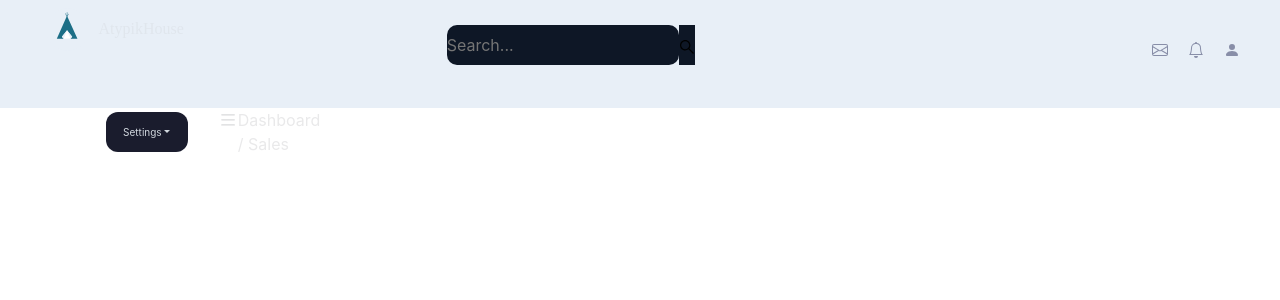
Repository: kifack/API-Symfony-AtypikHouse
Page: / (app in admin-frontend/)
These files come from the project's save history. The page is drawn as it stood at one moment and after the next save; the edit follows.
The browser window is 1280 px wide. The pictures show the whole page.
Some web libraries are served in a nearby version. The project was rebuilt for these pictures with package versions that can differ from the ones it lists, and the page was loaded fresh each time. Also part of the build but not shown: admin-frontend/src/css/Responsive.css, admin-frontend/src/css/admin/navbar.css, admin-frontend/src/components/template_parts/Header.js, admin-frontend/src/components/template_parts/Footer.js, admin-frontend/src/components/template_parts/Sidebar.js, admin-frontend/src/components/partials/LocationEntry.js, admin-frontend/src/components/template_parts/Spinner.js, admin-frontend/src/actions/location.js and 26 more.

Above is the page before, as saved 2020-10-01 19:13:14.

### admin-frontend/public/index.html
<!DOCTYPE html>
<html lang="en">
  <head>
    <meta charset="utf-8" />
    <link rel="icon" href="%PUBLIC_URL%/atypikhouse.ico" />
    <meta name="viewport" content="width=device-width, initial-scale=1" />
    <meta name="theme-color" content="#000000" />
    <meta
      name="description"
      content="Web site created using create-react-app"
    />
    <link
      rel="stylesheet"
      href="https://use.fontawesome.com/releases/v5.8.1/css/all.css"
      integrity="sha384-50oBUHEmvpQ+1lW4y57PTFmhCaXp0ML5d60M1M7uH2+nqUivzIebhndOJK28anvf"
      crossorigin="anonymous"
    />
    <!--
      manifest.json provides metadata used when your web app is installed on a
      user's mobile device or desktop. See https://developers.google.com/web/fundamentals/web-app-manifest/
    -->
    <!-- <link rel="manifest" href="%PUBLIC_URL%/manifest.json" /> -->
    <!--
      Notice the use of %PUBLIC_URL% in the tags above.
      It will be replaced with the URL of the `public` folder during the build.
      Only files inside the `public` folder can be referenced from the HTML.

      Unlike "/favicon.ico" or "favicon.ico", "%PUBLIC_URL%/favicon.ico" will
      work correctly both with client-side routing and a non-root public URL.
      Learn how to configure a non-root public URL by running `npm run build`.
    -->
    <script
      src="https://code.jquery.com/jquery-3.5.1.min.js"
      integrity="sha256-9/aliU8dGd2tb6OSsuzixeV4y/faTqgFtohetphbbj0="
      crossorigin="anonymous"
    ></script>
    <script src="https://stackpath.bootstrapcdn.com/bootstrap/4.5.2/js/bootstrap.min.js"></script>
    <script
      src="https://code.jquery.com/jquery-3.5.1.min.js"
      integrity="sha256-9/aliU8dGd2tb6OSsuzixeV4y/faTqgFtohetphbbj0="
      crossorigin="anonymous"
    ></script>

    <script src="https://stackpath.bootstrapcdn.com/bootstrap/4.5.2/js/bootstrap.min.js"></script>
    <title>AtypikHouse</title>
  </head>
  <body>
    <noscript>You need to enable JavaScript to run this app.</noscript>
    <div id="root"></div>
    <!--
      This HTML file is a template.
      If you open it directly in the browser, you will see an empty page.

      You can add webfonts, meta tags, or analytics to this file.
      The build step will place the bundled scripts into the <body> tag.

      To begin the development, run `npm start` or `yarn start`.
      To create a production bundle, use `npm run build` or `yarn build`.
    -->
  </body>
</html>

### admin-frontend/src/index.js
import React from 'react';
import ReactDOM from 'react-dom';
import App from './components/App';
import 'bootstrap/dist/css/bootstrap.min.css';
import { Provider } from 'react-redux';
import configureStore from './store/store';
import HeaderBack from './components/backend/HeaderBack';


const store = configureStore();
ReactDOM.render(
  <React.StrictMode>
    <Provider store={store}>
      <HeaderBack />
    </Provider>

  </React.StrictMode>,
  document.getElementById('root')
);

### admin-frontend/src/store/store.js
import { createStore, applyMiddleware } from "redux";
import { composeWithDevTools } from "redux-devtools-extension";
import thunk from "redux-thunk";
import rootReducer from "../reducers";

const configureStore = () => {
  const initialState = {};

  const middleware = [thunk];

  const store = createStore(
    rootReducer,
    initialState,
    composeWithDevTools(applyMiddleware(...middleware))
  );
  return store;
};

export default configureStore;

### admin-frontend/src/components/backend/HeaderBack.js
import React from "react";
import { Navbar, Nav, Image, Row, Container, Col } from "react-bootstrap";
import { BsBell, BsEnvelope, BsFillPersonFill, BsList } from "react-icons/bs";
import { FaSistrix } from "react-icons/fa";
import logo from './../../media/logonegatif.svg';


class HeaderBack extends React.Component{
    render(){
        return(

            <header>
            <Navbar>

                <div className="blue-sky menuhaut">
                <Container >
                <Row className="align-items-center">
                    <Col>
                        <Nav.Link><Image class="logo"src={logo}/><span class="titlesite">AtypikHouse</span></Nav.Link>
                    </Col>
                    <Col>
                        <form >

                        <input  type="text" placeholder="Search..." aria-label="Search"  />
                        <button type="submit" ><FaSistrix className="icons"/></button>
                        </form>
                    </Col>
                    <Col className="d-flex justify-content-end">
                        <Nav.Link><BsEnvelope className="icon-env"/></Nav.Link>
                        <Nav.Link><BsBell className="icon-bell"/></Nav.Link>
                        <Nav.Link><BsFillPersonFill className="icon-person"/></Nav.Link>
                    </Col>
                </Row >
                </Container>
                </div>

                    <div class="sous-header">
                    <Container>
                    <Row className="align-items-center">
                        <Col>
                        <button className="dropdown-toggle" type="button" id="setting">Settings</button>
                        </Col>

                        <Col className="d-flex justify-content-end">
                        <BsList class="icon-list"/>
                        <span className="titlelist"> Dashboard / Sales</span>
                        </Col>


                    </Row>
                    </Container>
                    </div>

            </Navbar>
         </header>


        )
    }

}

export default HeaderBack;

### admin-frontend/src/utils/setAuthToken.js
import api from "./api";

const setAuthToken = (token) => {
  if (token) {
    console.log("setting...");
    api.defaults.headers.common.authorization = "Bearer " + token;
    localStorage.setItem("token", token);
  } else {
    console.log("deleting...");
    delete api.defaults.headers.common["Authorization"];
    localStorage.removeItem("token");
  }
};

export default setAuthToken;

### admin-frontend/src/css/App.css
:root {
  --primaryColor: #1c6e86;
  --secondaryColor :#060818;
  --tierColor: #1e2020;
  --white: #ffffff;
}

* {
  margin: 0;
  padding: 0;
  box-sizing: border-box;
}

@font-face {
  font-family: "title-logo";
  src: url("./../polices/vagnotie.otf");
}
@font-face {
  font-family: "title-block";
  src: url("./../polices/Vogue.ttf");
}
@font-face {
  font-family: "title-secondaire";
  src: url("./../polices/ArcaMajora3-Bold.otf");
}
@font-face {
  font-family : "sans-serifSpe";
  src: url("./../polices/Myriad-Pro_31655.ttf");
}

.blue-sky {
  background-color: var(--secondaryColor);
}
body .blue-Marine {
  background-color: var(--primaryColor);
}

.titleBlock {
  font-family: "title-block";
  padding-top: 30px;
  font-size: 1.3rem;
  color: var(--tiercolor);
}
.titleConte{
  text-align: center;
}
.btnNb{
  padding: 10px 20px;
  text-decoration: none;
  border-radius: 20px;
  font-family: "title-secondaire";
  font-size: 1rem;
}
.secondaryNb {
  color: var(--secondaryColor);
}
.btnNb:hover {
  text-decoration: none;
  color: var(--primaryColor);
  background-color: var(--secondaryColor);
}
.conteneurBtn {
  padding-top: 20px;
}
img {
  width: 100%;
}


/*********************************************************** Header backend ************************************************************************************/











.icon-list{

 color: #d9dadc;
 width: 30px;
 height: 25px;

}


.fond{
 background: #1a1c2d;
}

/* ################################# Header ###########################*/
header .navbar{
  padding: 0;
  margin: 0;
  display: block;
}

header .menuhaut{
  height: 15vh;
  padding: 0;
  margin: 0;
}
header .menuhaut .col:first-child{
  width: 30%;
  height: 15vh;

}
header .menuhaut .col:nth-child(2){
  width: 30%;
  height: 8vh;

}
header .menuhaut .col:nth-child(3){
  width: 30%;
  height: 5vh;

}
header .menuhaut .col:nth-child(3) .nav-link{
  padding-left: 10px;
  padding-right: 10px;
  padding-top: 0px;
  padding-bottom: 10px;

}

header .menuhaut .row{
  width: 100%;
  height: 15vh;
  margin: 0;
  padding: 0;

}
header .menuhaut .container{
  max-width: 100% ;
  margin: 0;

}

header .container img {
  width: 12%;
  margin-right: 10px;

}

.titlesite, .logo{

  color: #e0e6ed;
  width: 30px;
  font-family: "title-secondair";
  font-size: 1.0rem;
}

.icon-env, .icon-bell, .icon-person {
  color: #888ea8;
}


header .sousheader{
  height: 15vh;
  padding: 0;
  margin: 0;
  background-color: red;
}



input{
  background-color: #0e1726;
  border: 0px;
  border-radius: 10px;
  height: 40px;
  width: 60%;
}

button{
  background-color: #0e1726;
  border: 0px;
  border-radius: 10px;
  height: 40px;
}


button#setting {
  background-color: #1a1c2d;
  color: #d2d8df;
  font-size: 10px;
  float: right;
  width: 80%;
  border-radius: 12px;

  }

  .titlelist{
    color: #e9e9ea;
   }

### admin-frontend/src/reducers/index.js
import { combineReducers } from "redux";
import auth from "./auth";
import location from "./location";
import user from "./user";
import comment from "./comment";
import destination from "./destination";
import category from "./category";
import thematic from "./thematic";
import field from "./field";

export default combineReducers({
  auth,
  location,
  user,
  comment,
  destination,
  category,
  thematic,
  field,
});

### admin-frontend/src/utils/api.js
import axios from "axios";
import store from "../store/store";
import { LOGOUT } from "../actions/types";

const api = axios.create({
  baseURL: "http://localhost:8000/api/v01",
  // baseURL: "http://api.f2i-dev2-ami-bc-akb-vyk.fr/api/v01",
  headers: {
    "Content-Type": "application/json",
    Accept: "application/json",
  },
});

const { dispatch } = store;

export default api;

### admin-frontend/src/css/sidebar.css
:root {
  --primaryColor: #0090d9;
  --secondaryColor: #e8f1f8;
  --tierColor: #1e2020;
  --white: #ffffff;
}

.sidebar {
  width: 240px;
  min-height: 100vh;
  transition: 0.4s;
  transition-property: width;
  background-color: #fff;

  /* background-image: linear-gradient(180deg, #4e73df 10%, #224abe 100%); */
  /* overflow-y: auto; */
}

.sidebar ul {
  /* color: var(--primaryColor); */
  height: 100%;
  width: 100%;
  list-style: none;
}
.sidebar .menu li {
  line-height: 60px;
  border-bottom: 1px solid #bdb8d7;
  border-bottom: 1px solid rgba(0, 0, 0, 0.05);
  border-top: 1px solid rgba(255, 255, 255, 0.05);
}
.sidebar .menu li:last-child {
  border-bottom: 1px solid rgba(255, 255, 255, 0.05);
}
.sidebar .menu li a {
  position: relative;
  text-decoration: none;
  color: #6c757d;
  font-size: 16px;
  padding-left: 20px;
  font-weight: 500;
  display: block;
  width: 100%;
  border-left: 3px solid transparent;
}
.sidebar .menu li a > i {
  color: var(--primaryColor);
  padding-right: 8px;
}
.sidebar .menu li.active a {
  color: #fff;
  background: #4e73df;
  /* border-left-color: #000; */
}
.sidebar .menu li a:hover {
  /* background-color: #4e73df; */
  opacity: 0.9;
  color: var(--primaryColor);
}
.sidebar .menu ul {
  position: static;
  display: none;
  background-color: #fff;
}

.sidebar .menu ul li {
  line-height: 50px;
  border-top: none;
  color: var(--primaryColor);
}

.sidebar ul li a .item {
  /* margin-left: 15px; */
  transition: 0.4s;
  transition-property: display;
}
.sidebar .menu ul li a {
  font-size: 15px;
  color: #6c757d;
  padding-left: 50px;
}
.sidebar .menu li.active ul li a {
  color: #e6e6e6;
  background: #1b1b1b;
  border-left-color: transparent;
}
.sidebar .menu ul li a:hover {
  border-left-color: var(--primaryColor);
  border-left-width: 5px;
}
.sidebar li a .caret-menu {
  position: absolute;
  top: 50%;
  right: 20px;
  transform: translateY(-50%);
  font-size: 18px;
  transition: transform 0.7s;
}
.sidebar li a span.rotate {
  transform: translateY(-50%) rotate(-180deg);
}

.wrapper.collapse-sidebar .sidebar {
  width: 70px;
}

.wrapper.collapse-sidebar .main_content {
  width: calc(100% - 70px);
}

.wrapper.collapse-sidebar .sidebar .item,
.submenu,
.wrapper.collapse-sidebar .sidebar .submenu li {
  display: none;
}

### admin-frontend/src/css/card.css
/* Navigation tabs */
:root {
  --primaryColor: #0090d9;
  --secondaryColor: #e8eff7;
  --tierColor: #1e2020;
  --white: #ffffff;
}
.tabs {
  /* width: 730px; */
  height: 100vh;
  overflow: hidden;
  border-radius: 5px;
  box-shadow: 5px 10px 5px #ccc;
  border: 1px solid #eee;
  margin-right: 10px;
}
.tabs .tab-header {
  /* height: 40px; */
  display: flex;
  align-items: center;
  width: 100%;
  padding: 15px;
  /* border: 1px solid #eee; */
}

.tabs .tab-header > div {
  width: calc(100% / 2);
  text-align: center;
  color: #888;
  font-weight: 600;
  cursor: pointer;
  font-size: 14px;
  text-transform: uppercase;
  outline: none;
}
/* .tabs .tab-header > div > i {
  display: block;
  margin-bottom: 5px;
} */
.tabs .tab-header > div.active {
  color: var(--primaryColor);
}
.tabs .tab-indicator {
  position: relative;
  width: calc(100% / 2);
  height: 5px;
  background: var(--primaryColor);
  left: 0px;
  border-radius: 5px;
  transition: all 500ms ease-in-out;
}
.tabs .tab-body {
  position: relative;
  height: calc(100% - 60px);
  padding: 10px 5px;
}
.tabs .tab-body > div {
  padding: 20px;
  position: absolute;
  width: 100%;
  top: -200%;
  opacity: 0;
  transform: scale(0.9);
  transition: opacity 500ms ease-in-out 0ms, transform 500ms ease-in-out 0ms;
}
.tabs .tab-body > div.active {
  top: 0px;
  opacity: 1;
  transform: scale(1);
}

/* Display location  */
.img-container {
  position: relative;
}
/* Next & previous buttons */
.prev,
.next {
  cursor: pointer;
  position: absolute;
  text-decoration: none !important;
  top: 50%;
  width: auto;
  margin-top: -22px;
  padding: 16px;
  color: white !important;
  font-weight: bold;
  font-size: 18px;
  transition: 0.6s ease;
  border-radius: 0 3px 3px 0;
  user-select: none;
}

/* Position the "next button" to the right */
.next {
  right: 0;
  border-radius: 3px 0 0 3px;
}
.prev {
  left: 0;
}

/* On hover, add a black background color with a little bit see-through */
.prev:hover,
.next:hover {
  background-color: rgba(0, 0, 0, 0.8);
}
/* Fading animation */
.custom-fade {
  -webkit-animation-name: fade;
  -webkit-animation-duration: 1.5s;
  animation-name: fade;
  animation-duration: 1.5s;
}

@-webkit-keyframes fade {
  from {
    opacity: 0.4;
  }
  to {
    opacity: 1;
  }
}

@keyframes fade {
  from {
    opacity: 0.4;
  }
  to {
    opacity: 1;
  }
}

### admin-frontend/src/reducers/auth.js
import {
  LOAD_USER_REQUEST,
  USER_LOADED,
  AUTH_ERROR,
  LOGIN_REQUEST,
  LOGIN_SUCCESS,
  LOGIN_FAIL,
  LOGOUT,
} from "../actions/types";
import setAuthToken from "../utils/setAuthToken";

const initialState = {
  token: localStorage.getItem("token"),
  isAuthenticated: false,
  loading: false,
  user: null,
  isLogining: false,
  error: null,
};

export default function (state = initialState, action) {
  const { type, payload } = action;

  switch (type) {
    case LOAD_USER_REQUEST:
      return {
        ...state,
        loading: true,
      };
    case USER_LOADED:
      if (payload.roles.indexOf("ROLE_ADMIN") >= 0) {
        return {
          ...state,
          isAuthenticated: true,
          loading: false,
          user: payload,
        };
      } else {
        return {
          ...state,
          isAuthenticated: false,
          loading: false,
          error: "Vous n'avez pas des droits d'accés",
        };
      }
    case LOGIN_REQUEST:
      return {
        ...state,
        isLogining: true,
      };
    case LOGIN_SUCCESS:
      if (payload.user.roles.indexOf("ROLE_ADMIN") >= 0) {
        localStorage.setItem("token", payload.token);
        setAuthToken(payload.token);
        return {
          ...state,
          isAuthenticated: true,
          isLogining: false,
          user: payload.user,
        };
      } else {
        return {
          ...state,
          isAuthenticated: false,
          isLogining: false,
          error: "Vous n'avez pas des droits d'accéss",
        };
      }

    case AUTH_ERROR:
    case LOGOUT:
      console.log("logout");
      localStorage.removeItem("token");
      return {
        ...state,
        token: null,
        isAuthenticated: false,
        loading: false,
        user: null,
        error: payload,
      };

    case LOGIN_FAIL:
      return {
        ...state,
        isLogining: false,
        error: payload.message,
      };

    default:
      return state;
  }
}

### admin-frontend/src/reducers/location.js
import {
  LOAD_LOCATIONS,
  LOAD_LOCATIONS_SUCCESS,
  LOAD_LOCATIONS_ERROR,
  VALIDATE_LOCATION,
  VALIDATE_LOCATION_ERROR,
  DEACTIVATE_LOCATION,
  DEACTIVATE_LOCATION_ERROR,
  LOAD_LOCATION,
  LOAD_LOCATION_SUCCESS,
  LOAD_LOCATION_ERROR,
} from "../actions/types";

const initialState = {
  locations: [],
  location: null,
  loading: false,
  loadingLocation: true,
};

export default function (state = initialState, action) {
  const { type, payload } = action;
  let index, locations;

  switch (type) {
    case LOAD_LOCATIONS:
      return {
        ...state,
        loading: true,
      };
    case LOAD_LOCATIONS_SUCCESS:
      return {
        ...state,
        locations: payload,
        loading: false,
      };

    case LOAD_LOCATION:
      return {
        ...state,
        loadingLocation: true,
        location: null,
      };
    case LOAD_LOCATION_SUCCESS:
      return {
        ...state,
        location: payload,
        loadingLocation: false,
      };
    case VALIDATE_LOCATION:
      index = state.locations.findIndex((item) => item.id === payload);
      locations = state.locations;
      locations[index].status = 1;

      return {
        ...state,
        locations: [...locations],
        loading: false,
      };
    case DEACTIVATE_LOCATION:
      index = state.locations.findIndex((item) => item.id === payload);
      locations = state.locations;
      locations[index].status = 2;

      return {
        ...state,
        locations: [...locations],
        loading: false,
      };

    default:
      return state;
  }
}

### admin-frontend/src/reducers/user.js
import {
  LOAD_USERS,
  LOAD_USERS_ERROR,
  LOAD_USERS_SUCCESS,
  LOAD_USER,
  LOAD_USER_SUCCESS,
  LOAD_USER_ERROR,
  TOGGLE_SIDEBAR,
  ACTIVATE_USER,
  ACTIVATE_USER_ERROR,
  DEACTIVATE_USER,
  DEACTIVATE_USER_ERROR,
} from "../actions/types";

const initialState = {
  users: [],
  user: null,
  loading: false,
  loadingUser: true,
  showSidebar: true,
};

export default function (state = initialState, action) {
  const { type, payload } = action;
  let index, users;

  switch (type) {
    case LOAD_USERS:
      return {
        ...state,
        loading: true,
      };
    case LOAD_USERS_SUCCESS:
      return {
        ...state,
        users: payload,
        loading: false,
      };

    case LOAD_USER:
      return {
        ...state,
        user: null,
        loadingUser: true,
      };
    case LOAD_USER_SUCCESS:
      return {
        ...state,
        user: payload,
        loadingUser: false,
      };
    case ACTIVATE_USER:
      index = state.users.findIndex((item) => item.id === payload);
      users = state.users;
      users[index].status = 1;

      return {
        ...state,
        users: [...users],
        loading: false,
      };
    case DEACTIVATE_USER:
      index = state.users.findIndex((item) => item.id === payload);
      users = state.users;
      users[index].status = 0;

      return {
        ...state,
        users: [...users],
        loading: false,
      };

    case TOGGLE_SIDEBAR:
      return {
        ...state,
        showSidebar: !state.showSidebar,
      };

    default:
      return state;
  }
}

### admin-frontend/src/reducers/comment.js
import {
  LOAD_COMMENTS,
  LOAD_COMMENTS_SUCCESS,
  LOAD_COMMENTS_ERROR,
  DELETE_COMMENT,
  DELETE_COMMENT_ERROR,
} from "../actions/types";

const initialState = {
  comments: [],
  loading: false,
};

export default function (state = initialState, action) {
  const { type, payload } = action;

  switch (type) {
    case LOAD_COMMENTS:
      return {
        ...state,
        loading: true,
      };

    case LOAD_COMMENTS_SUCCESS:
      return {
        ...state,
        comments: payload,
        loading: false,
      };
    case DELETE_COMMENT:
      let filteredComments = state.comments.filter(
        (item) => item.id !== payload
      );
      return {
        ...state,
        comments: [...filteredComments],
        loading: false,
      };

    default:
      return state;
  }
}

### admin-frontend/src/reducers/destination.js
import {
  LOAD_DESTINATIONS,
  LOAD_DESTINATIONS_SUCCESS,
  LOAD_DESTINATIONS_ERROR,
  ADD_DESTINATION,
  ADD_DESTINATION_ERROR,
} from "../actions/types";

const initialState = {
  destinations: [],
  loading: false,
};

export default function (state = initialState, action) {
  const { type, payload } = action;

  switch (type) {
    case ADD_DESTINATION:
      return {
        ...state,
        destinations: [...state.destinations, payload],
        loading: false,
      };
    case LOAD_DESTINATIONS:
      return {
        ...state,
        loading: true,
      };
    case LOAD_DESTINATIONS_SUCCESS:
      return {
        ...state,
        destinations: payload,
        loading: false,
      };

    default:
      return state;
  }
}

### admin-frontend/src/reducers/category.js
import {
  LOAD_CATEGORIES,
  LOAD_CATEGORIES_SUCCESS,
  LOAD_CATEGORIES_ERROR,
  ADD_CATEGORY,
  ADD_CATEGORY_ERROR,
} from "../actions/types";

const initialState = {
  categories: [],
  loading: false,
};

export default function (state = initialState, action) {
  const { type, payload } = action;

  switch (type) {
    case LOAD_CATEGORIES:
      return {
        ...state,
        loading: true,
      };
    case LOAD_CATEGORIES_SUCCESS:
      return {
        ...state,
        categories: [...payload],
        loading: false,
      };
    case ADD_CATEGORY:
      return {
        ...state,
        categories: [...state.categories, payload],
        loading: false,
      };

    default:
      return state;
  }
}

### admin-frontend/src/reducers/thematic.js
import {
  LOAD_THEMATICS,
  LOAD_THEMATICS_SUCCESS,
  LOAD_THEMATICS_ERROR,
  ADD_THEMATIC,
  ADD_THEMATIC_ERROR,
} from "../actions/types";

const initialState = {
  thematics: [],
  loading: false,
};

export default function (state = initialState, action) {
  const { type, payload } = action;

  switch (type) {
    case ADD_THEMATIC:
      return {
        ...state,
        thematics: [...state.thematics, payload],
        loading: false,
      };

    case LOAD_THEMATICS:
      return {
        ...state,
        loading: true,
      };

    case LOAD_THEMATICS_SUCCESS:
      return {
        ...state,
        thematics: payload,
        loading: false,
      };

    default:
      return state;
  }
}

### admin-frontend/src/reducers/field.js
import {
  LOAD_FIELDS,
  LOAD_FIELDS_ERROR,
  ADD_FIELD,
  ADD_FIELD_ERROR,
} from "../actions/types";

const initialState = {
  fields: [],
  loading: true,
};

export default function (state = initialState, action) {
  const { type, payload } = action;

  switch (type) {
    case LOAD_FIELDS:
      return {
        ...state,
        fields: [...payload],
        loading: false,
      };
    case ADD_FIELD:
      return {
        ...state,
        fields: [...state.fields, payload],
        loading: false,
      };

    default:
      return state;
  }
}

### admin-frontend/src/css/spinner.css
/* https://projects.lukehaas.me/css-loaders/ */
:root {
  --primaryColor: #0090d9;
  --secondaryColor: #e8eff7;
  --tierColor: #1e2020;
  --white: #ffffff;
}

.spinner {
  width: 100%;
  height: 100%;
  display: flex;
  align-items: center;
  justify-content: center;
  /* background-color: rgb(0, 0, 0); */
  /* background-color: #eee; */
}

.loader {
  color: var(--primaryColor);
  font-size: 20px;
  margin: 100px auto;
  width: 1em;
  height: 1em;
  border-radius: 50%;
  position: relative;
  text-indent: -9999em;
  -webkit-animation: load4 1.3s infinite linear;
  animation: load4 1.3s infinite linear;
  -webkit-transform: translateZ(0);
  -ms-transform: translateZ(0);
  transform: translateZ(0);
}
@-webkit-keyframes load4 {
  0%,
  100% {
    box-shadow: 0 -3em 0 0.2em, 2em -2em 0 0em, 3em 0 0 -1em, 2em 2em 0 -1em,
      0 3em 0 -1em, -2em 2em 0 -1em, -3em 0 0 -1em, -2em -2em 0 0;
  }
  12.5% {
    box-shadow: 0 -3em 0 0, 2em -2em 0 0.2em, 3em 0 0 0, 2em 2em 0 -1em,
      0 3em 0 -1em, -2em 2em 0 -1em, -3em 0 0 -1em, -2em -2em 0 -1em;
  }
  25% {
    box-shadow: 0 -3em 0 -0.5em, 2em -2em 0 0, 3em 0 0 0.2em, 2em 2em 0 0,
      0 3em 0 -1em, -2em 2em 0 -1em, -3em 0 0 -1em, -2em -2em 0 -1em;
  }
  37.5% {
    box-shadow: 0 -3em 0 -1em, 2em -2em 0 -1em, 3em 0em 0 0, 2em 2em 0 0.2em,
      0 3em 0 0em, -2em 2em 0 -1em, -3em 0em 0 -1em, -2em -2em 0 -1em;
  }
  50% {
    box-shadow: 0 -3em 0 -1em, 2em -2em 0 -1em, 3em 0 0 -1em, 2em 2em 0 0em,
      0 3em 0 0.2em, -2em 2em 0 0, -3em 0em 0 -1em, -2em -2em 0 -1em;
  }
  62.5% {
    box-shadow: 0 -3em 0 -1em, 2em -2em 0 -1em, 3em 0 0 -1em, 2em 2em 0 -1em,
      0 3em 0 0, -2em 2em 0 0.2em, -3em 0 0 0, -2em -2em 0 -1em;
  }
  75% {
    box-shadow: 0em -3em 0 -1em, 2em -2em 0 -1em, 3em 0em 0 -1em, 2em 2em 0 -1em,
      0 3em 0 -1em, -2em 2em 0 0, -3em 0em 0 0.2em, -2em -2em 0 0;
  }
  87.5% {
    box-shadow: 0em -3em 0 0, 2em -2em 0 -1em, 3em 0 0 -1em, 2em 2em 0 -1em,
      0 3em 0 -1em, -2em 2em 0 0, -3em 0em 0 0, -2em -2em 0 0.2em;
  }
}
@keyframes load4 {
  0%,
  100% {
    box-shadow: 0 -3em 0 0.2em, 2em -2em 0 0em, 3em 0 0 -1em, 2em 2em 0 -1em,
      0 3em 0 -1em, -2em 2em 0 -1em, -3em 0 0 -1em, -2em -2em 0 0;
  }
  12.5% {
    box-shadow: 0 -3em 0 0, 2em -2em 0 0.2em, 3em 0 0 0, 2em 2em 0 -1em,
      0 3em 0 -1em, -2em 2em 0 -1em, -3em 0 0 -1em, -2em -2em 0 -1em;
  }
  25% {
    box-shadow: 0 -3em 0 -0.5em, 2em -2em 0 0, 3em 0 0 0.2em, 2em 2em 0 0,
      0 3em 0 -1em, -2em 2em 0 -1em, -3em 0 0 -1em, -2em -2em 0 -1em;
  }
  37.5% {
    box-shadow: 0 -3em 0 -1em, 2em -2em 0 -1em, 3em 0em 0 0, 2em 2em 0 0.2em,
      0 3em 0 0em, -2em 2em 0 -1em, -3em 0em 0 -1em, -2em -2em 0 -1em;
  }
  50% {
    box-shadow: 0 -3em 0 -1em, 2em -2em 0 -1em, 3em 0 0 -1em, 2em 2em 0 0em,
      0 3em 0 0.2em, -2em 2em 0 0, -3em 0em 0 -1em, -2em -2em 0 -1em;
  }
  62.5% {
    box-shadow: 0 -3em 0 -1em, 2em -2em 0 -1em, 3em 0 0 -1em, 2em 2em 0 -1em,
      0 3em 0 0, -2em 2em 0 0.2em, -3em 0 0 0, -2em -2em 0 -1em;
  }
  75% {
    box-shadow: 0em -3em 0 -1em, 2em -2em 0 -1em, 3em 0em 0 -1em, 2em 2em 0 -1em,
      0 3em 0 -1em, -2em 2em 0 0, -3em 0em 0 0.2em, -2em -2em 0 0;
  }
  87.5% {
    box-shadow: 0em -3em 0 0, 2em -2em 0 -1em, 3em 0 0 -1em, 2em 2em 0 -1em,
      0 3em 0 -1em, -2em 2em 0 0, -3em 0em 0 0, -2em -2em 0 0.2em;
  }
}

Loaded but not shown: admin-frontend/src/actions/types.js (79 lines, source omitted)

After the next save:
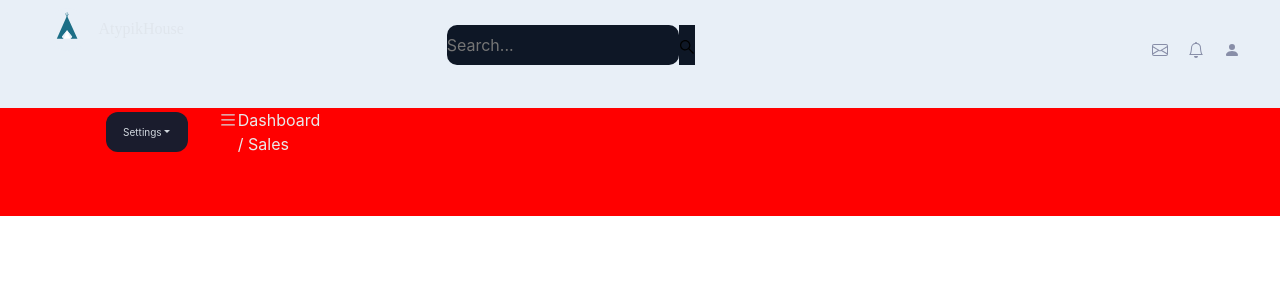
Saved 17 s later.
--- a/admin-frontend/src/css/App.css
+++ b/admin-frontend/src/css/App.css
@@ -159,7 +159,7 @@ header .container img {
 }
 
 
-header .sousheader{
+header .sous-header{
   height: 15vh;
   padding: 0;
   margin: 0;
